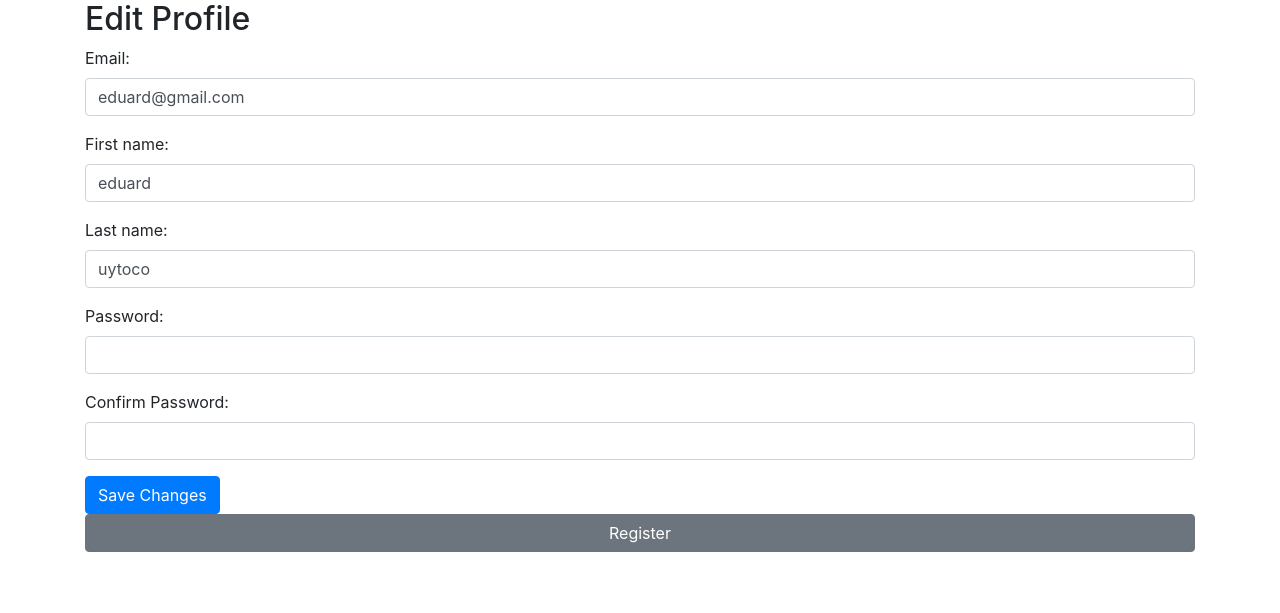
Repository: apps-eduard/TH_MONITORING_v1
Page: http://localhost/user_profile/edit-profile/
The author's editor kept a copy of each file at every save. The page is drawn from the files as they stood at one save, then again after the next save.
The browser window is 1280 px wide. The pictures show the whole page.
Some web libraries are served in a nearby version. The page is served by the project's application, run on Django 5.2 (manage.py). The first stored user is signed in. The page reads the database file committed with the project.

Above is the page before, as saved 2024-03-26 14:14:40.

After the next save:
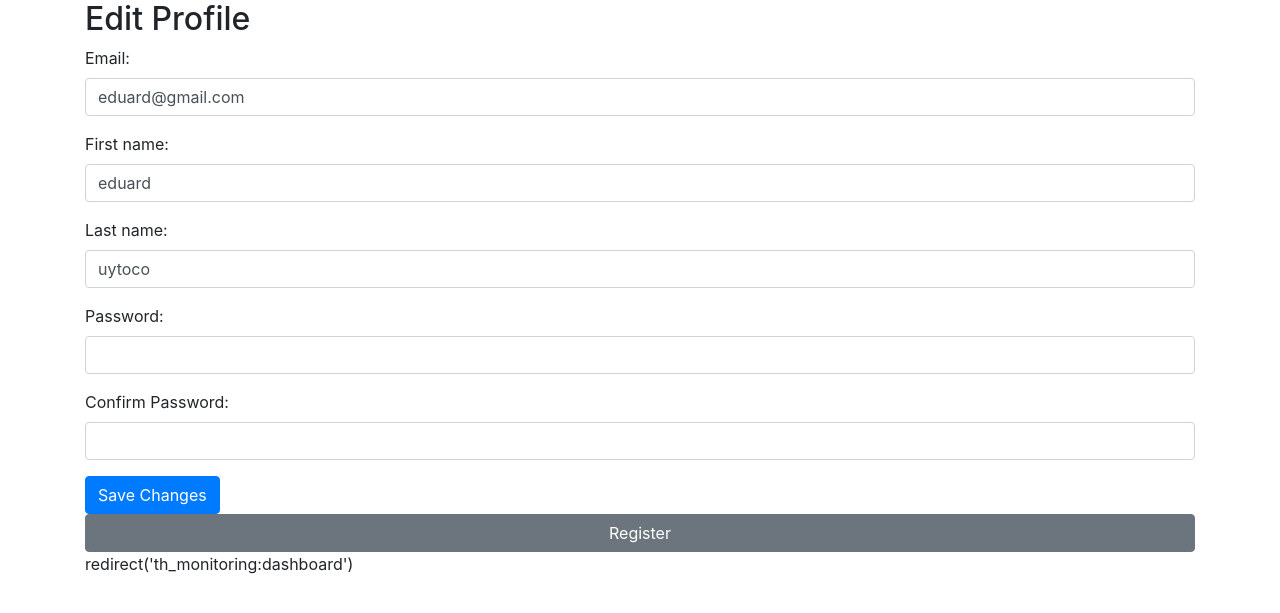
Saved 93 s later.
--- a/user_profile/templates/user_profile/edit_profile.html
+++ b/user_profile/templates/user_profile/edit_profile.html
@@ -10,6 +10,7 @@
         <div class="form-group">
             <button type="submit" class="btn btn-primary">Save Changes</button>
             <a href="{% url 'user_profile:register' %}" class="btn btn-secondary btn-block">Register</a>
+            redirect('th_monitoring:dashboard')
         </div>
     </form>
 </div>

After the 2 saves that followed:
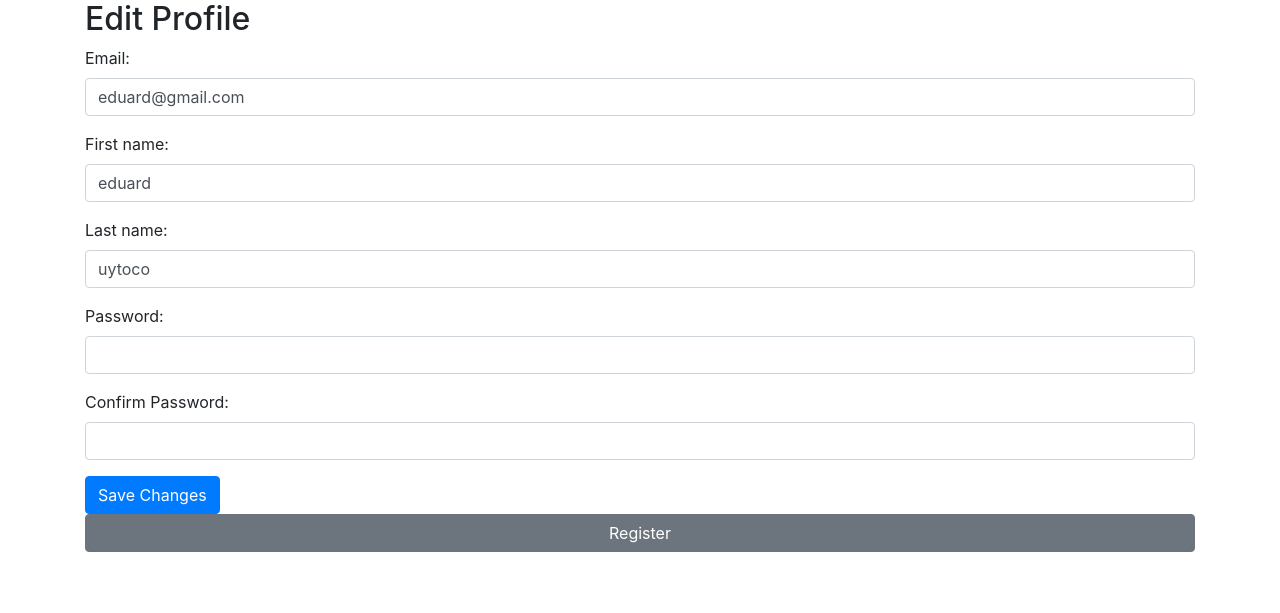
The 2 saves are shown as one change because 1 left the picture as it was.
The last was saved 14 s later.
--- a/user_profile/templates/user_profile/edit_profile.html
+++ b/user_profile/templates/user_profile/edit_profile.html
@@ -9,8 +9,7 @@
         {{ form.as_p }}
         <div class="form-group">
             <button type="submit" class="btn btn-primary">Save Changes</button>
-            <a href="{% url 'user_profile:register' %}" class="btn btn-secondary btn-block">Register</a>
-            redirect('th_monitoring:dashboard')
+            <a href="{% url 'th_monitoring:dashboard' %}" class="btn btn-secondary btn-block">Register</a>
         </div>
     </form>
 </div>
